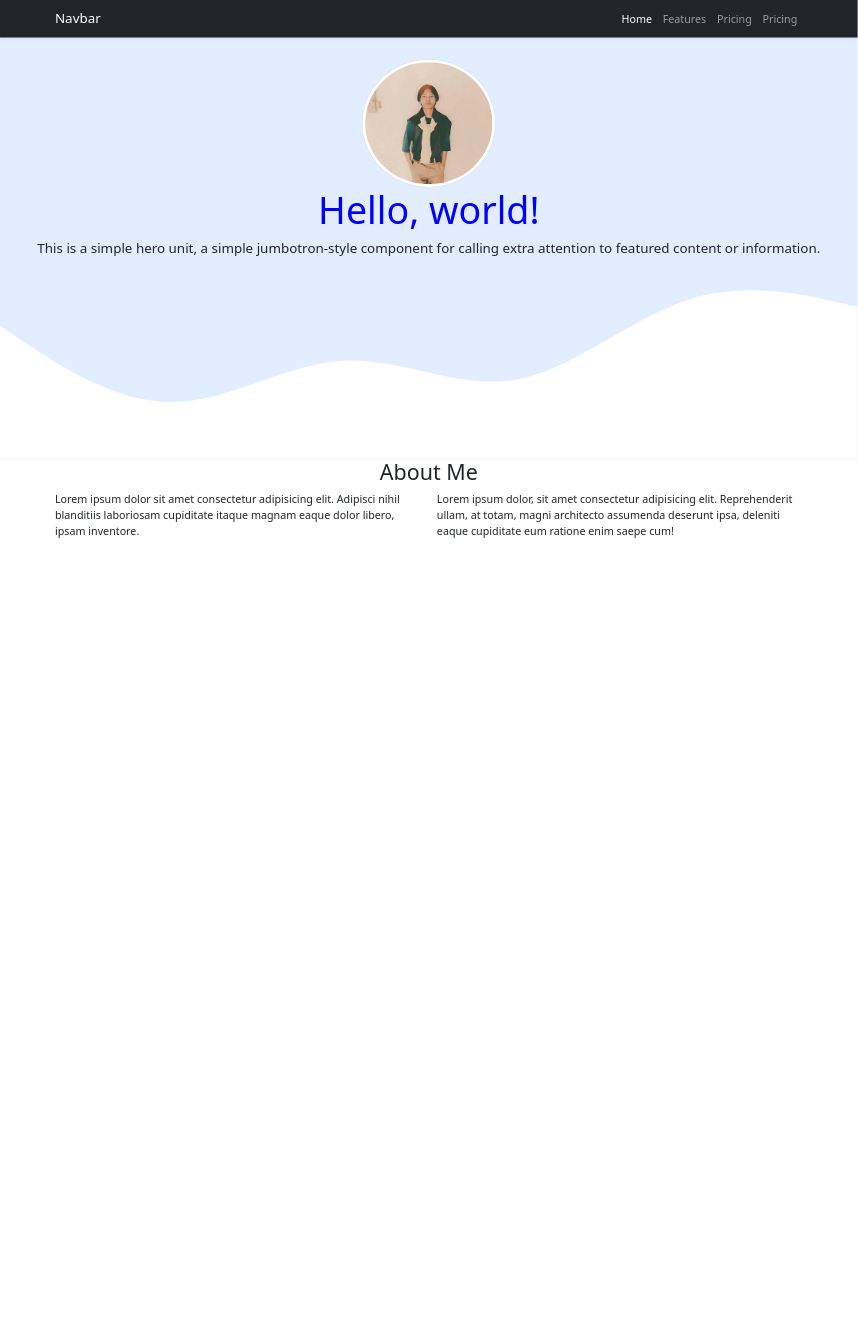
Repository: Novemberdad/gemilangtech.github.io
Page: index.html
An editor plug-in stored every save of this project. The page is shown before and after the next save, followed by the edit.
The browser window is 1280 px wide. The pictures show the whole page, at 67% of full size.

Above is the page before, as saved 2021-07-21 00:00:04.

After the next save:
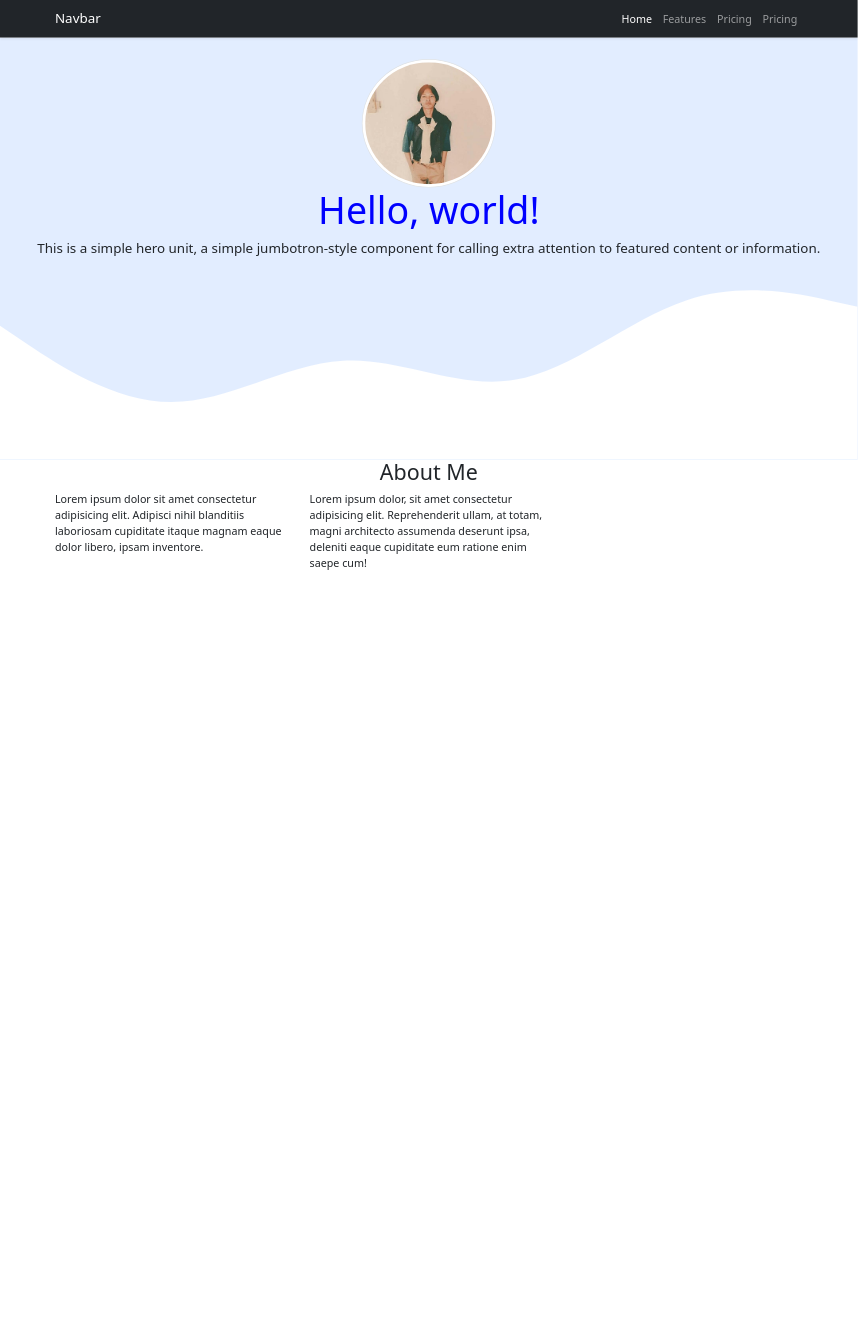
Saved 41 s later.
--- a/index.html
+++ b/index.html
@@ -72,10 +72,10 @@
                 </div>
             </div>
             <div class="row">
-                <div class="col">
+                <div class="col-4">
                     <p>Lorem ipsum dolor sit amet consectetur adipisicing elit. Adipisci nihil blanditiis laboriosam cupiditate itaque magnam eaque dolor libero, ipsam inventore.</p>
                 </div>
-                <div class="col">
+                <div class="col-4">
                     <p>Lorem ipsum dolor, sit amet consectetur adipisicing elit. Reprehenderit ullam, at totam, magni architecto assumenda deserunt ipsa, deleniti eaque cupiditate eum ratione enim saepe cum!</p>
                 </div>
             </div>
